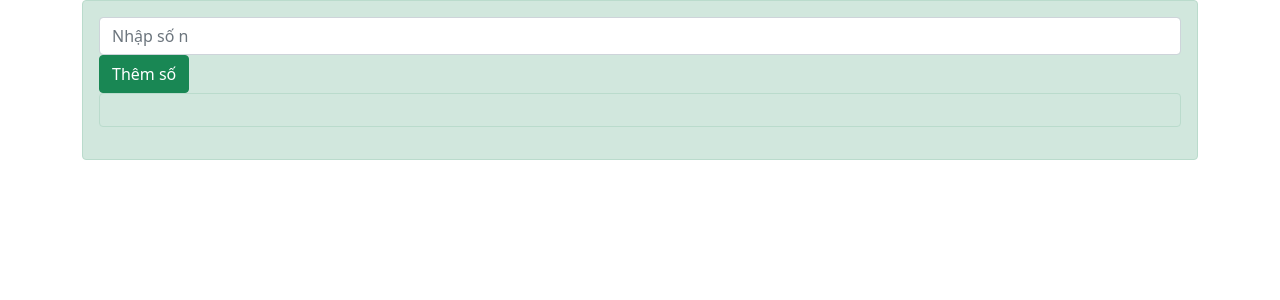
Repository: qkhanh1104k/Js-buoi7-8
Page: index.html
The author's editor kept a copy of each file at every save. The page is drawn from the files as they stood at one save, then again after the next save.
The browser window is 1280 px wide. The pictures show the whole page.

Above is the page before, as saved 2022-07-26 19:15:25.

### index.html
<!DOCTYPE html>
<html lang="en">
  <head>
    <meta charset="UTF-8" />
    <meta http-equiv="X-UA-Compatible" content="IE=edge" />
    <meta name="viewport" content="width=device-width, initial-scale=1.0" />
    <title>Document</title>
    <link
      href="https://cdn.jsdelivr.net/npm/bootstrap@5.1.3/dist/css/bootstrap.min.css"
      rel="stylesheet"
      integrity="sha384-1BmE4kWBq78iYhFldvKuhfTAU6auU8tT94WrHftjDbrCEXSU1oBoqyl2QvZ6jIW3"
      crossorigin="anonymous"
    />
  </head>
  <body>
    <div class="container">
      <div>
        <div class="alert alert-success">
          <input
            type="text"
            placeholder="Nhập số n"
            id="txtNum"
            class="form-control"
          />
          <button class="btn btn-success" onclick="addNum()">Thêm số</button>
          <div class="alert alert-success" id="resultBt1"></div>
        </div>
      </div>
    </div>
    <script src="./index.js"></script>
  </body>
</html>

### index.js
var txtNum = [ ];
var inputNum = document.getElementById("txtNum").value*1
function addNum(arr){

    txtNum.push(inputNum);
    document.getElementById("resultBt1").innerHTML = txtNum;
}

After the next save:
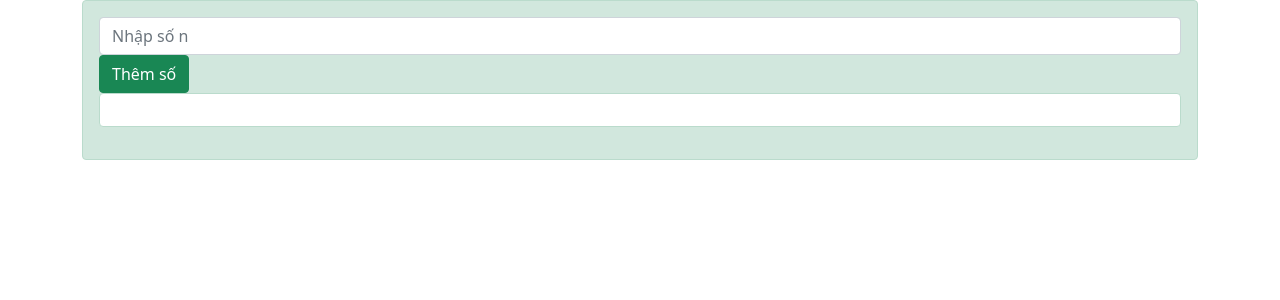
Saved 56 s later.
--- a/index.html
+++ b/index.html
@@ -23,7 +23,7 @@
             class="form-control"
           />
           <button class="btn btn-success" onclick="addNum()">Thêm số</button>
-          <div class="alert alert-success" id="resultBt1"></div>
+          <div class="alert alert-success" id="resultBt1" style="background-color:#fff ;"></div>
         </div>
       </div>
     </div>
